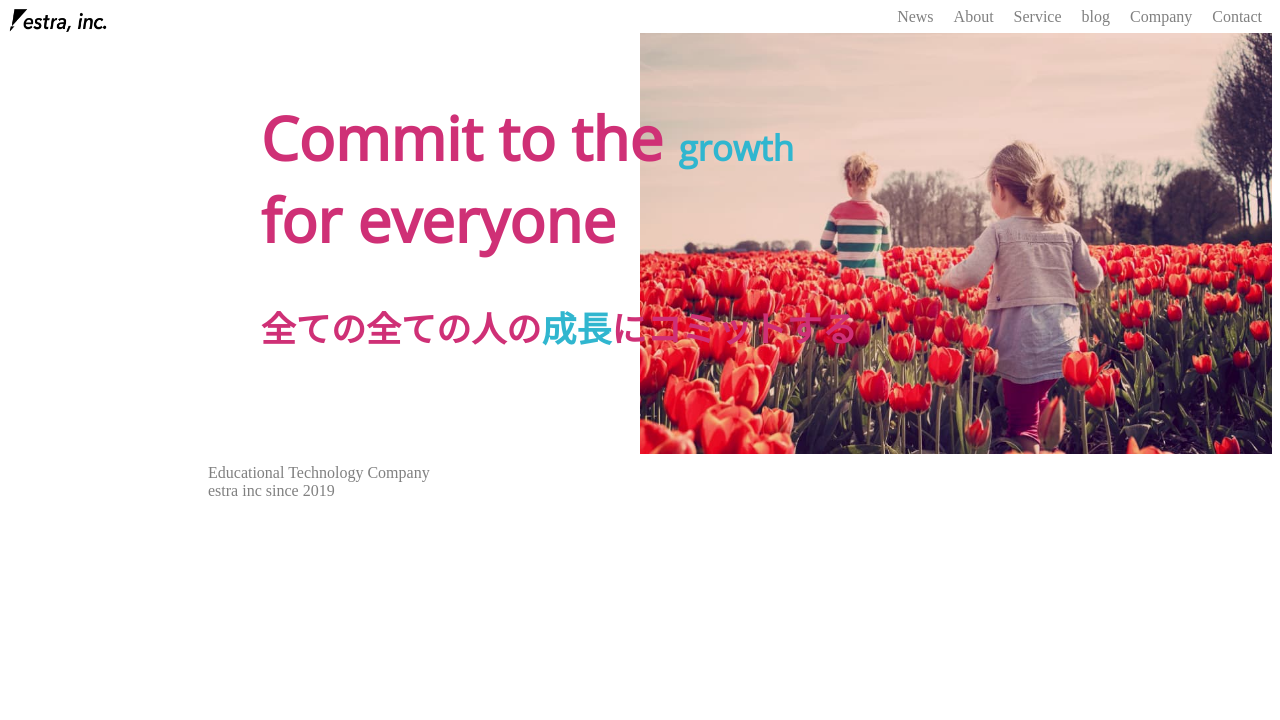
Repository: sigemasaasuka/20210902
Page: index.html
An editor plug-in stored every save of this project. The page is shown before and after a run of saves, followed by the edit.
The browser window is 1280 px wide. The pictures show the whole page.

Above is the page before, as saved 2021-09-07 19:23:08.

After the next 2 saves:
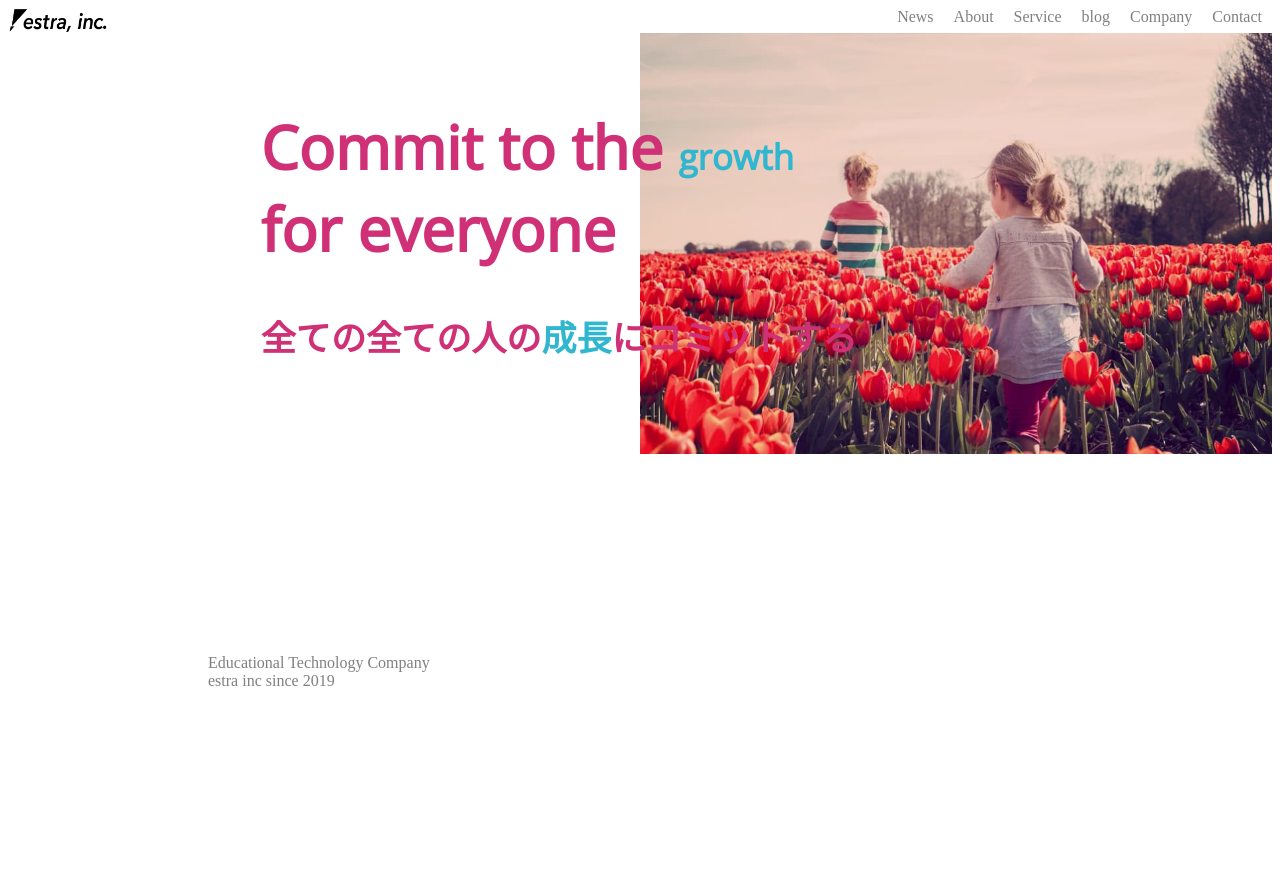
The 2 saves are shown as one change because they came seconds apart.
The last was saved 20 h 9 min later.
--- a/css/style.css
+++ b/css/style.css
@@ -48,6 +48,6 @@
 }
 
 .subtitle {
-  margin: 10px 200px;
+  margin: 200px;
   color: gray;
 }
